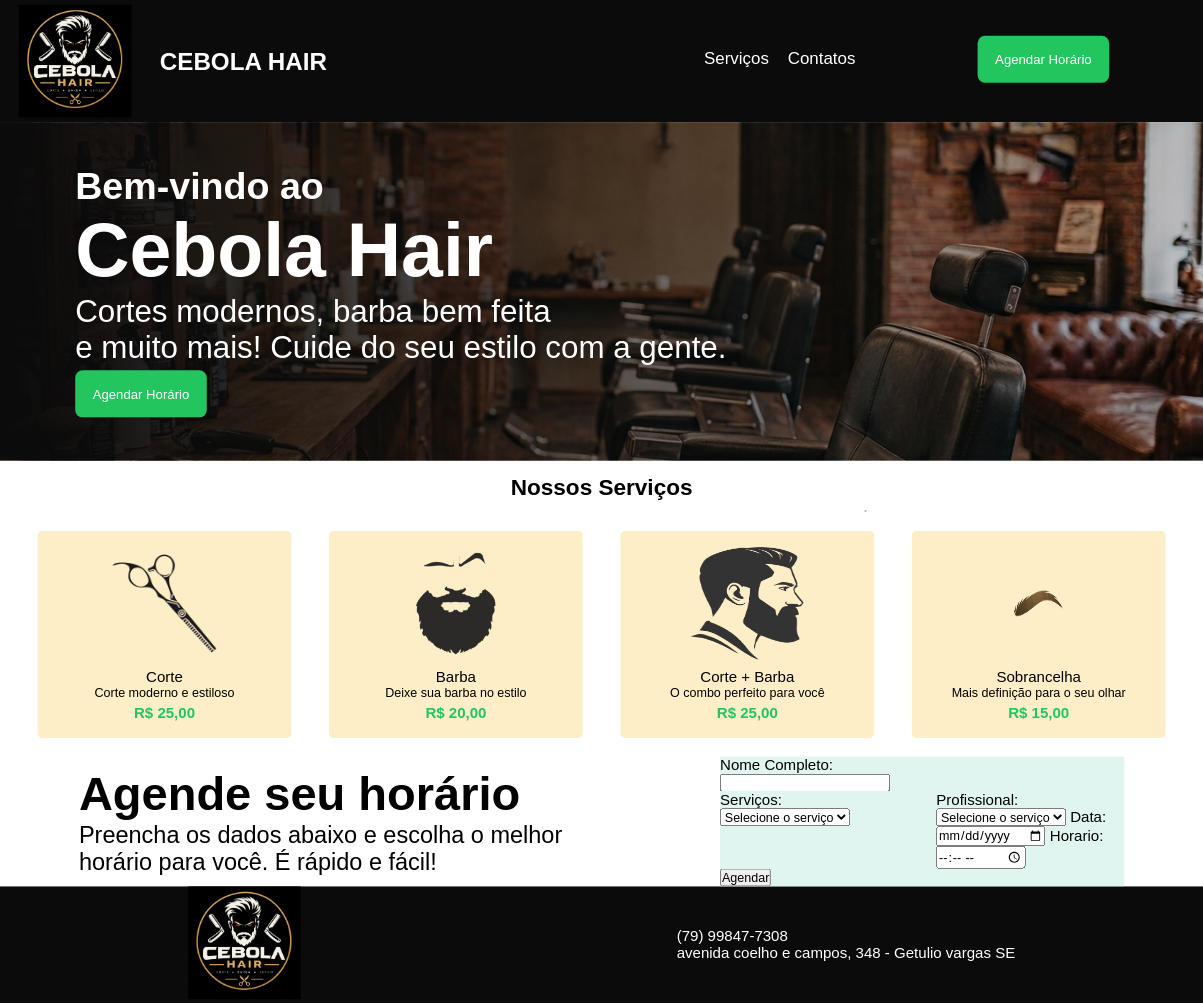
Repository: antonymsantana-design/final.activitie1
Page: index.html
The author's editor kept a copy of each file at every save. The page is drawn from the files as they stood at one save, then again after a run of saves.
The browser window is 1280 px wide. The pictures show the whole page, at 94% of full size.

Above is the page before, as saved 2026-09-15 19:35:38.

After the next 9 saves:
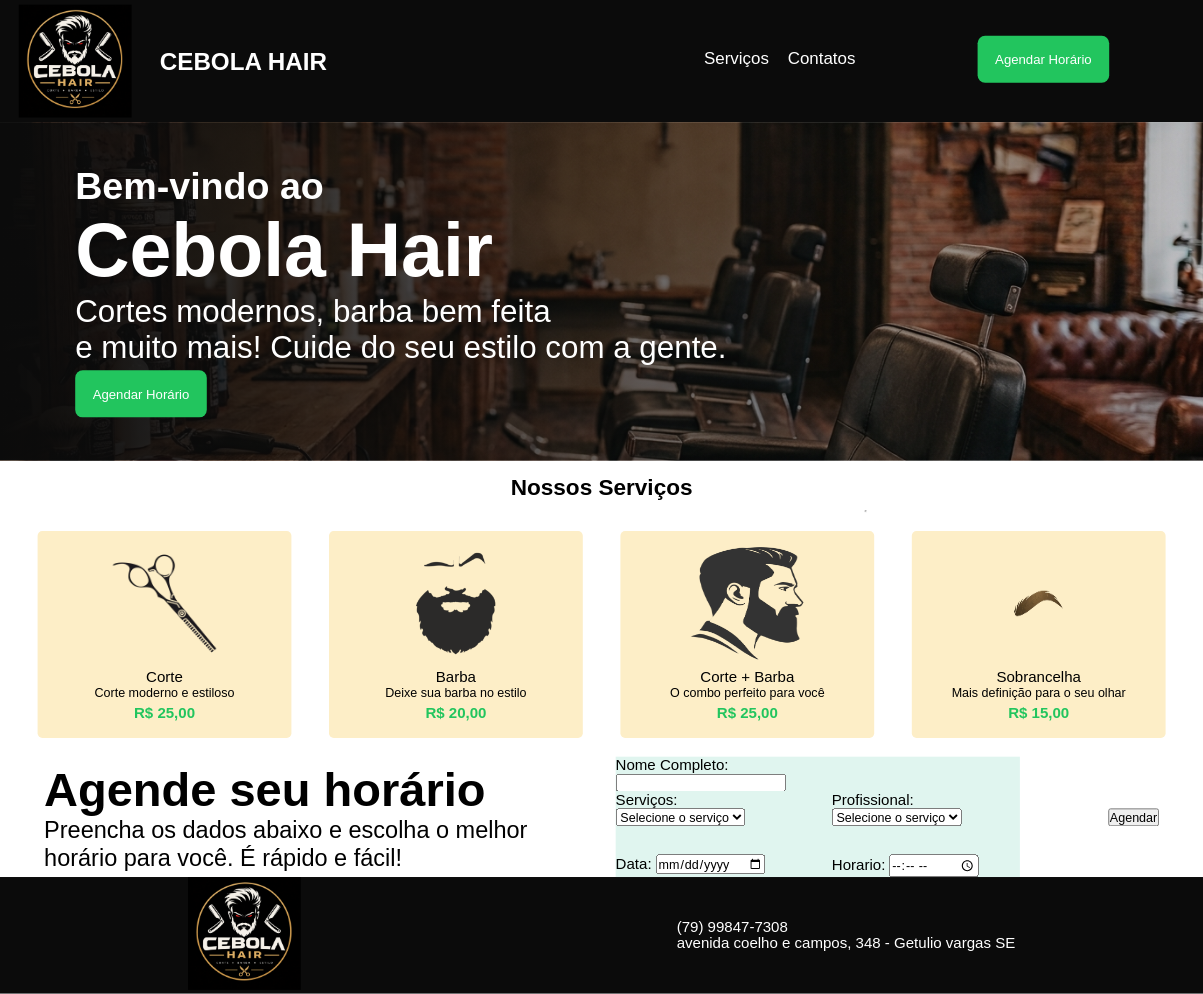
The 9 saves are shown as one change because they came seconds apart.
The last was saved 20 s later.
--- a/index.html
+++ b/index.html
@@ -117,12 +117,15 @@
               <option value="">Selecione o serviço</option>
               <option value="cebola">Cebola</option>
             </select>
-
-            <label for="data">Data:</label>
-            <input type="date" name="data" id="data" />
-
-            <label for="hora">Horario:</label>
-            <input type="time" name="hora" id="hora" />
+            </div>
+            <div class="3">
+              <label for="data">Data:</label>
+              <input type="date" name="data" id="data" />
+            </div>
+            <div class="4">
+              <label for="hora">Horario:</label>
+              <input type="time" name="hora" id="hora" />
+            </div>
           </div>
           </div>
 
